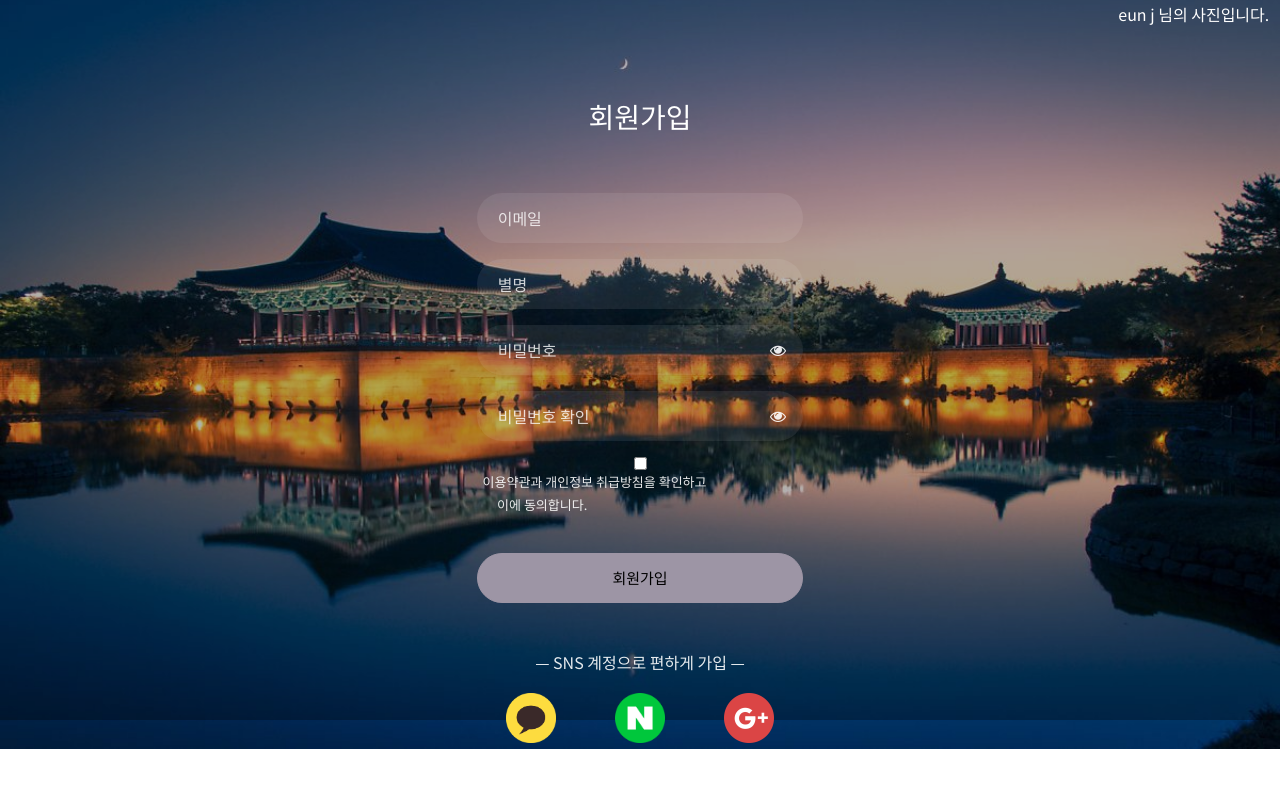
Repository: jangseohyun/LEGGO_2021
Page: http://localhost/PrjApp/Signin.jsp
These files come from the project's save history. The page is drawn as it stood at one moment and after the next save; the edit follows.
The browser window is 1280 px wide. The pictures show the whole page.
The page is served by Tomcat 9. Other server files are loaded and not shown.

Above is the page before, as saved 2021-06-28 11:44:16.

### PrjApp/WebContent/Signin.jsp
<%@ page contentType="text/html; charset=UTF-8"%>
<%@ taglib prefix="c" uri="http://java.sun.com/jsp/jstl/core"%>
<%
	request.setCharacterEncoding("UTF-8");
	String cp = request.getContextPath();
%>
<!doctype html>
<html lang="en">
<head>
<title>Signin</title>
<meta charset="utf-8">
<meta name="viewport"
	content="width=device-width, initial-scale=1, shrink-to-fit=no">
<link rel="preconnect" href="https://fonts.gstatic.com">
<link rel="preconnect" href="https://fonts.gstatic.com">
<link
	href="https://fonts.googleapis.com/css2?family=Noto+Sans+KR:wght@300;400&display=swap"
	rel="stylesheet">
<link
	href="https://fonts.googleapis.com/css?family=Lato:300,400,700&display=swap"
	rel="stylesheet">

<link rel="stylesheet"
	href="https://stackpath.bootstrapcdn.com/font-awesome/4.7.0/css/font-awesome.min.css">

<link rel="stylesheet" href="css/style.css">

<style type="text/css">

body
{
	font-family: 'Noto Sans KR', sans-serif;"
}

</style>

</head>
<body class="img js-fullheight" style="background-image: url(images/gyeongju.jpg);">
<p class="userimg">eun j 님의 사진입니다.&nbsp;&nbsp;&nbsp;</p>
<section class="ftco2-section">
		<div class="container" style="padding: 50px;">
			<div class="row justify-content-center">
				<div class="col-md-6 text-center mb-5">
					<h2 class="heading-section" style="font-family: 'Noto Sans KR', sans-serif;">회원가입</h2>
				</div>
			</div>
			<div class="row justify-content-center">
				<div class="col-md-6 col-lg-4">
					<div class="login-wrap p-0">
						<form action="#" class="signin-form">
							<div class="form-group">
								<input type="text" class="form-control" placeholder="이메일"
									required>
							</div>
							<div class="form-group">
								<input type="text" class="form-control" placeholder="별명"
									required>
							</div>
							<div class="form-group">
								<input id="password-field" type="password" class="form-control"
									placeholder="비밀번호" required> <span
									toggle="#password-field"
									class="fa fa-fw fa-eye field-icon toggle-password"></span>
							</div>
							<div class="form-group">
								<input id="password-field" type="password" class="form-control"
									placeholder="비밀번호 확인" required> <span
									toggle="#password-field"
									class="fa fa-fw fa-eye field-icon toggle-password"></span>
							</div>
							<div>
								 <input type="checkbox" id="agreecheck" style="width: 13px; height: 13px; text-align: center; display: block; margin: 0 auto;" value="agreed">
								 <label for="agreecheck" style="font-size: 13px;font-family: 'Noto Sans KR', sans-serif;">&nbsp;&nbsp;이용약관과 개인정보 취급방침을 확인하고<br>&nbsp;&nbsp;&nbsp;&nbsp;&nbsp;&nbsp;&nbsp;이에 동의합니다.</label>
							</div>
							<div class="form-group">
								<br>
								<button type="submit"
									class="form-control btn2 btn2-primary submit px-3">회원가입</button>
							</div>
						</form>
						<br><p class="w-100 text-center">&mdash; SNS 계정으로 편하게 가입 &mdash;</p>
						<div class="social d-flex" style="text-align: center;">
							<a><img src="images/kakao_login.png" width="50px"></a>
							<a><img src="images/naver_login.png" width="50px" style="border-radius: 5px;"></a>
							<a><img src="images/google_login.jpg" width="50px" style="border-radius: 5px;"></a>
						</div>
					</div>
				</div>
			</div>
		</div>
	</section>

	<script src="js/jquery.min.js"></script>
	<script src="js/popper.js"></script>
	<script src="js/bootstrap.min.js"></script>
	<script src="js/main.js"></script>

</body>
</html>

Loaded but not shown: PrjApp/WebContent/css/style.css (library); PrjApp/WebContent/js/jquery.min.js (library); PrjApp/WebContent/js/popper.js (library); PrjApp/WebContent/js/bootstrap.min.js (library); PrjApp/WebContent/js/main.js (common file)

After the next save:
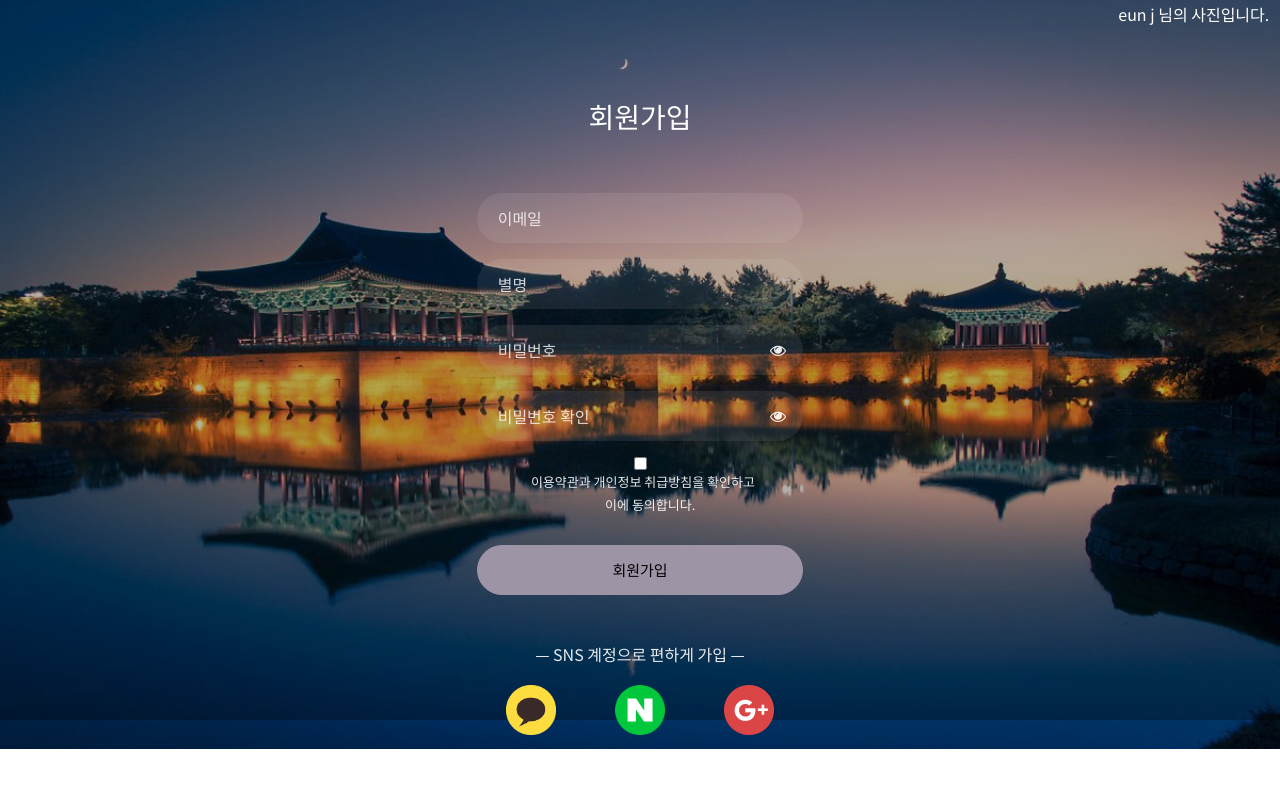
Saved 15 s later.
--- a/PrjApp/WebContent/Signin.jsp
+++ b/PrjApp/WebContent/Signin.jsp
@@ -70,7 +70,7 @@ body
 							</div>
 							<div>
 								 <input type="checkbox" id="agreecheck" style="width: 13px; height: 13px; text-align: center; display: block; margin: 0 auto;" value="agreed">
-								 <label for="agreecheck" style="font-size: 13px;font-family: 'Noto Sans KR', sans-serif;">&nbsp;&nbsp;이용약관과 개인정보 취급방침을 확인하고<br>&nbsp;&nbsp;&nbsp;&nbsp;&nbsp;&nbsp;&nbsp;이에 동의합니다.</label>
+								 <label for="agreecheck" style="font-size: 13px; text-align:center; display:block; margin: 0 auto; font-family: 'Noto Sans KR', sans-serif;">&nbsp;&nbsp;이용약관과 개인정보 취급방침을 확인하고<br>&nbsp;&nbsp;&nbsp;&nbsp;&nbsp;&nbsp;&nbsp;이에 동의합니다.</label>
 							</div>
 							<div class="form-group">
 								<br>
